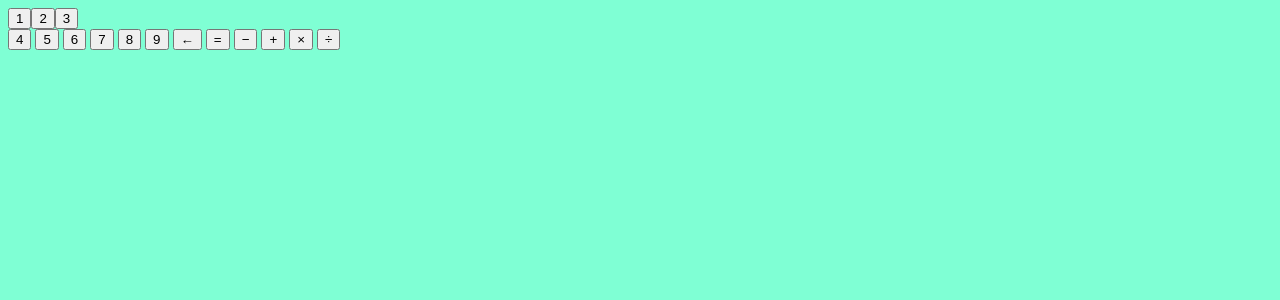
Repository: jontslater/LAB-calculator2
Page: index.html
These files come from the project's save history. The page is drawn as it stood at one moment and after the next save; the edit follows.
The browser window is 1280 px wide. The pictures show the whole page.

Above is the page before, as saved 2023-10-12 13:50:46.

### index.html
<!DOCTYPE html>
<html lang="en">
<head>
  <meta charset="UTF-8">
  <meta name="viewport" content="width=device-width, initial-scale=1.0">
  <title>calculator</title>
  <link rel="stylesheet" href="main.css">
  <script src="main.js"></script>
  <table>
    <button>1</button>
    <button>2</button>
    <button>3</button>
  </table>
  <button>4</button>
  <button>5</button>
  <button>6</button>
  <button>7</button>
  <button>8</button>
  <button>9</button>
  <button>&#8592;</button>
  <button>&#61;</button>
  <button>&#8722;</button>
  <button>&#43;</button>
  <button>&#215;</button>
  <button>&#247;</button>
</head>
<body>

</body>
</html>

### main.css
body{
  background-color: aquamarine;
}

.container{
  width: 400xp;
}

Loaded but not shown: main.js (no stored copy; drawn as an empty file)

After the next save:
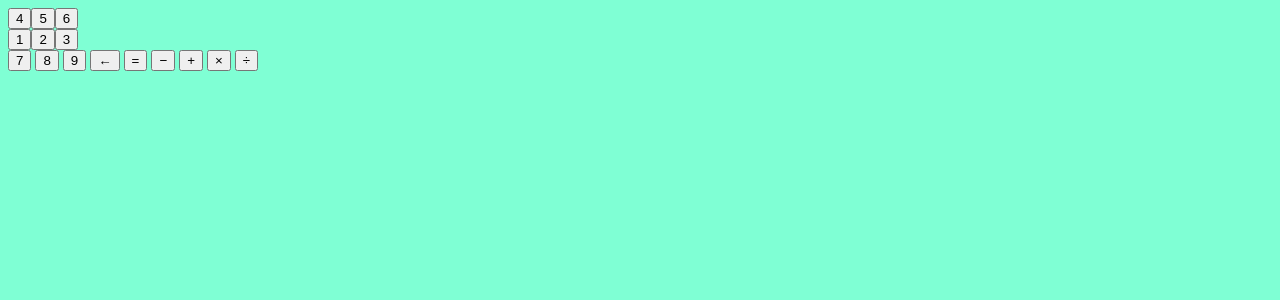
Saved 2 min 6 s later.
--- a/index.html
+++ b/index.html
@@ -7,13 +7,16 @@
   <link rel="stylesheet" href="main.css">
   <script src="main.js"></script>
   <table>
+    <button>4</button>
+    <button>5</button>
+    <button>6</button>
+  </table>
+  <table>
     <button>1</button>
     <button>2</button>
     <button>3</button>
   </table>
-  <button>4</button>
-  <button>5</button>
-  <button>6</button>
+
   <button>7</button>
   <button>8</button>
   <button>9</button>
